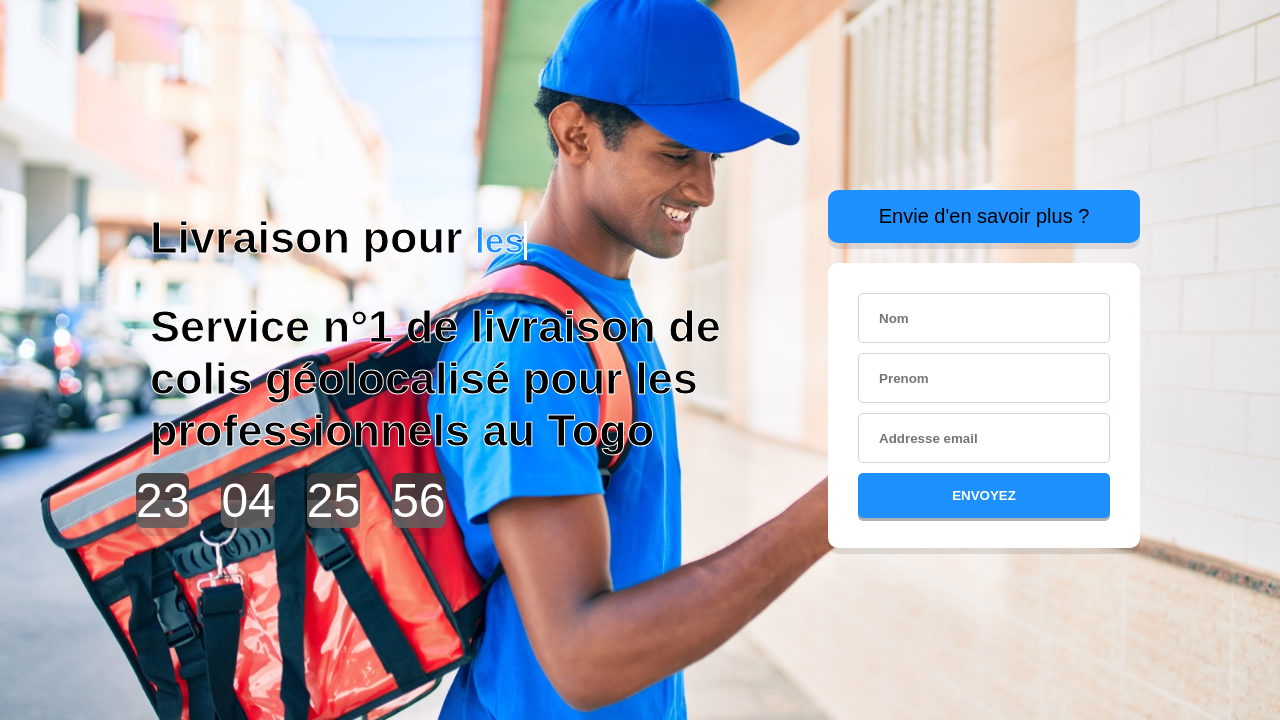
Repository: lawalalao/landpage
Page: index.html
The author's editor kept a copy of each file at every save. The page is drawn from the files as they stood at one save, then again after the next save.
The browser window is 1280 px wide. The pictures show the whole page.
Some web fonts or font styles are not loaded; a fallback is used.

Above is the page before, as saved 2021-01-14 17:45:39.
Console error: TypeError: Cannot read properties of null (reading 'addEventListener')

### index.html
<!DOCTYPE html>
<html lang="en">
<head>
    <meta charset="UTF-8">

    <meta name="viewport" content="width=device-width, initial-scale=1.0">
     <link rel="shortcut icon" type="image/x-icon" href="./assets/icone.png">
    <meta http-equiv="refresh" content="30">
    <link rel="preconnect" href="https://fonts.gstatic.com">
    <link href="https://fonts.googleapis.com/css2?family=Allerta+Stencil&display=swap" rel="stylesheet">
    <link rel="stylesheet" href="style.css">
    <title>chapchap</title>
     <meta name="description" content="Service n°1 de livraison de colis géolocalisé pour les professionnels au Togo.comingsoon">
</head>
<body>

        <div class="nav" id="navbar">
            <nav class="navbar navbar-light bg-light">
            <a class="navbar-brand" href="#">
                <img src="./assets/logo.png" width="90" height="90" alt="logo" loading="lazy">
            </a>
            </nav>
        </div>

    <section class="signup">
        <div class="signup-intro">
            <h1 class="z">Livraison pour
                <span class="txt-type" data-wait="500" data-words='["les colis", "les plis", "les marchandises", "le retail", "le dernier Kilometre"]'></span>
            </h1>
            <h1 class="x">Service n°1 de livraison de colis géolocalisé pour les professionnels au Togo</h1>
             <div class="countdown"></div>

        </div>

        <div class="signup-form">
            <div class="tryit-banner">
                <p>Envie d'en savoir plus ? </p>
            </div>

            <form action="https://formspree.io/f/xleollba" method="POST"">
                <input type="text" name="name" placeholder="Nom">
                <input type="text" name="name" placeholder="Prenom">
                <input type="email" name="_replyto"placeholder="Addresse email" required>

                <button class="button">Envoyez</button>

            </form>
        </div>
    </section>
</body>
<script src="./app.js"></script>
<script>  var prevScrollpos = window.pageYOffset;
      window.onscroll = function() {

      var currentScrollpos = window.pageYOffset;
      if(prevScrollpos > currentScrollpos) {
            document.getElementById("navbar").style.top = "0";
      } else {
            document.getElementById("navbar").style.top = "-400px";
      }

      prevScrollpos = currentScrollpos;

      }</script>
</html>

### style.css
body {
    font-family: 'Allerta Stencil',
    sans-serif;
    max-width: 310px;
    margin: 0 auto;
    padding: 20px 20px;
    background: url("./assets/image.jpeg") center no-repeat;
    background-repeat: no-repeat;
    background-size: cover;
    color: Black;
    text-align: center;
}
.nav {
    margin-top: 30px;
    position: fixed;
    z-index: 1000;
    top: 0;
    right: 30px;
    left: 30px;
    height: 35px;
    display: flex;
    flex-direction: row;
    justify-content: space-between;
    align-items: center;
    padding: 0 25px 0 25px;
    background-color: transparent;
    transition: top 0.3s;


}


.nav a {
    float: left;
    font-size: 28px;
    font-weight: bold;
    margin-left: 25px;
    color: black;
    text-decoration: none;

}
.txt-type>.txt {
    font-size: 35px;
    color: #1E90FF;
    border-right: 0.2rem solid white;
}
h1{
     -webkit-text-stroke: 1px white;
     color:black;
}
p {
    font-size: 14px;
}

.tryit-banner {
    background-color:#1E90FF;
    border-radius: 10px;
    margin-top: 50px;
    box-shadow: 0px 6px 0px rgba(0, 0, 0, 0.1);
    font-size: 14px;
}

.tryit-banner p {
    padding: 15px 0;
}

input, button {
    font-family: 'Allerta Stencil',
    sans-serif;
}

form {
    background-color: #fff;
    margin-top: 20px;
    display: flex;
    flex-direction: column;
    padding: 20px;
    border-radius: 10px;
    box-shadow: 0px 6px 0px rgba(0, 0, 0, 0.1);
}

input {
    box-sizing: border-box;
    width: 100%;
    height: 50px;
    padding-left: 20px;
    font-weight: 600;
    border: 1px solid hsl(245, 35%, 87%);
    border-radius: 5px;
    margin-bottom: 10px;
    transition: 0.1s;
}

input:hover {
    border: 1px solid hsl(246, 25%, 77%);
}

.button {
    background-color:#1E90FF;
    font-family: 'Allerta Stencil',
    sans-serif;
    border: none;
    border-radius: 5px;
    box-shadow: 0px 3px 0px rgba(0, 0, 0, 0.3);
    padding: 15px 0;
    text-transform: uppercase;
    color: #fff;
    font-weight: 600;
    transition: 0.5s;
}

.button:hover {
    background-color:#042b52;
}

.form-disclaimer {
    color: hsl(246, 25%, 77%);
    font-size: 10px;
}

.terms {
    text-decoration: none;
    font-weight: 600;
    color: hsl(0, 100%, 74%);
}
 .countdown {

    display: flex;
    margin-left: -30px;

    font-size: 30px;
     font-weight: 200;

 }

 .countdown div {

     background: linear-gradient(to bottom,
             rgba(61, 58, 58, 0.9) 50%,
             rgba(99, 93, 93, 0.9) 0);


     color: white;

     margin: 1rem 1rem 3rem 1rem;
     font-size: 3rem;
     font-weight: 400;
     display: flex;
     justify-content: center;
     align-items: center;
     box-shadow: 0px 8px 0px rgba(0, 0, 0, 0.1);
     border-radius: 8px;

     position: relative;
 }

 .countdown div::before {
     content: "";
     position: absolute;

     height: 0.24rem;
     background-color: #17181b;
 }

 .countdown div::after {
     content: attr(data-content);
     font-size: 6rem;
     font-weight: 400;
     position: absolute;
     bottom: -6rem;
 }

 @media screen and (min-width: 480px) {
     .countdown {
         font-size: 25px;
         display: flex;

     }
     .signup-intro{
         margin-top: 30px;
     }
     .countdown div {
         display: flex;
         margin: 1rem 1rem 1rem 1rem;
         font-size: 2rem;
         flex-direction: column;
     }

     .countdown div::after {
         font-size: 2rem;
         display: flex;
         flex-direction: column;
         width: 60%;

     }
 }

 @media screen and (min-width: 768px) {
     .countdown {
         font-size: 56px;


     }

     .countdown {
         font-size: 25px;
         display: flex;

     }

     .countdown div {
         display: flex;
         margin: 1rem 1rem 1rem 1rem;
         font-size: 3rem;
         flex-direction: column;
     }

     .countdown div::after {
         font-size: 2.2rem;
         display: flex;
         flex-direction: column;
         width: 60%;

     }

     .signup {
         text-align: center;
     }
 }

 @media screen and (min-width: 1024px) {
     header .content .countdown {
         font-size: 72px;

     }
 }

 @media screen and (min-width: 1280px) {
     .content .countdown {
         font-size: 56px;
     }
 }
@media screen and (min-width: 900px) {
    .nav{
         height: 80px;
    }
    .nav a {
        float: left;
        font-size: 40px;
        font-weight: bold;
        margin-left: 25px;
        color: black;
        text-decoration: none;

    }
    .signup {
        display: flex;
        justify-content: space-between;
    }

    .signup-intro {
        width: 100%;
        margin-left: 10px;
        display: flex;
        flex-direction: column;
        justify-content: center;
        text-align: left;
    }

    .signup-form {
        width: 46%;
      font-family: 'Allerta Stencil',
      sans-serif;

    }

    form {
        padding: 30px;
    }

    body {
        margin:100px auto;
        max-width: 1000px;
        padding: 40px 20px;
        background: url("./assets/image.jpeg") ;
        background-repeat: no-repeat;
        background-size: cover;
        font-family: 'Allerta Stencil',
        sans-serif;
    }

    h1 {
        font-size:45px;
        margin-bottom: 0px;
        -webkit-text-stroke: 1px white;
        color:black;
    }

    p {
        font-size: 20px;
    }
}

### app.js
const countdown = document.querySelector(".countdown");

const interval = setInterval(() => {
  const deadline = new Date(2021,01, 05, 00, 00, 00);

  const current = new Date();

  const diff = deadline - current;

  const days = Math.floor(diff / (1000 * 60 * 60 * 24)) + "";
  const hours = Math.floor((diff / (1000 * 60 * 60)) % 24) + "";
  const minutes = Math.floor((diff / (1000 * 60)) % 60) + "";
  const seconds = Math.floor((diff / 1000) % 60) + "";

  countdown.innerHTML = `
    <div data-content="">${days.length === 1 ? `0${days}` : days}</div>
    <div data-content="">${hours.length === 1 ? `0${hours}` : hours}</div>
    <div data-content="">${
      minutes.length === 1 ? `0${minutes}` : minutes
    }</div>
    <div data-content="">${
      seconds.length === 1 ? `0${seconds}` : seconds
    }</div>
`;

  if (diff < 0) {
    clearInterval(interval);
    countdown.innerHTML = "<h1>Here We Go!!!</h1>";
  }

  document.querySelector(".reset").addEventListener("click", () => {
    clearInterval(interval);

    const divs = document.querySelectorAll(".countdown div");

    divs.forEach((div) => {
      div.innerHTML = "00";
    });
  });
}, 1000);


// ES6 Class
class TypeWriter {
  constructor(txtElement, words, wait = 3000) {
    this.txtElement = txtElement;
    this.words = words;
    this.txt = '';
    this.wordIndex = 0;
    this.wait = parseInt(wait, 10);
    this.type();
    this.isDeleting = false;
  }

  type() {
    // Current index of word
    const current = this.wordIndex % this.words.length;
    // Get full text of current word
    const fullTxt = this.words[current];

    // Check if deleting
    if(this.isDeleting) {
      // Remove char
      this.txt = fullTxt.substring(0, this.txt.length - 1);
    } else {
      // Add char
      this.txt = fullTxt.substring(0, this.txt.length + 1);
    }

    // Insert txt into element
    this.txtElement.innerHTML = `<span class="txt">${this.txt}</span>`;

    // Initial Type Speed
    let typeSpeed = 300;

    if(this.isDeleting) {
      typeSpeed /= 2;
    }

    // If word is complete
    if(!this.isDeleting && this.txt === fullTxt) {
      // Make pause at end
      typeSpeed = this.wait;
      // Set delete to true
      this.isDeleting = true;
    } else if(this.isDeleting && this.txt === '') {
      this.isDeleting = false;
      // Move to next word
      this.wordIndex++;
      // Pause before start typing
      typeSpeed = 500;
    }

    setTimeout(() => this.type(), typeSpeed);
  }
}


// Init On DOM Load
document.addEventListener('DOMContentLoaded', init);

// Init App
function init() {
  const txtElement = document.querySelector('.txt-type');
  const words = JSON.parse(txtElement.getAttribute('data-words'));
  const wait = txtElement.getAttribute('data-wait');
  // Init TypeWriter
  new TypeWriter(txtElement, words, wait);
}

After the next save:
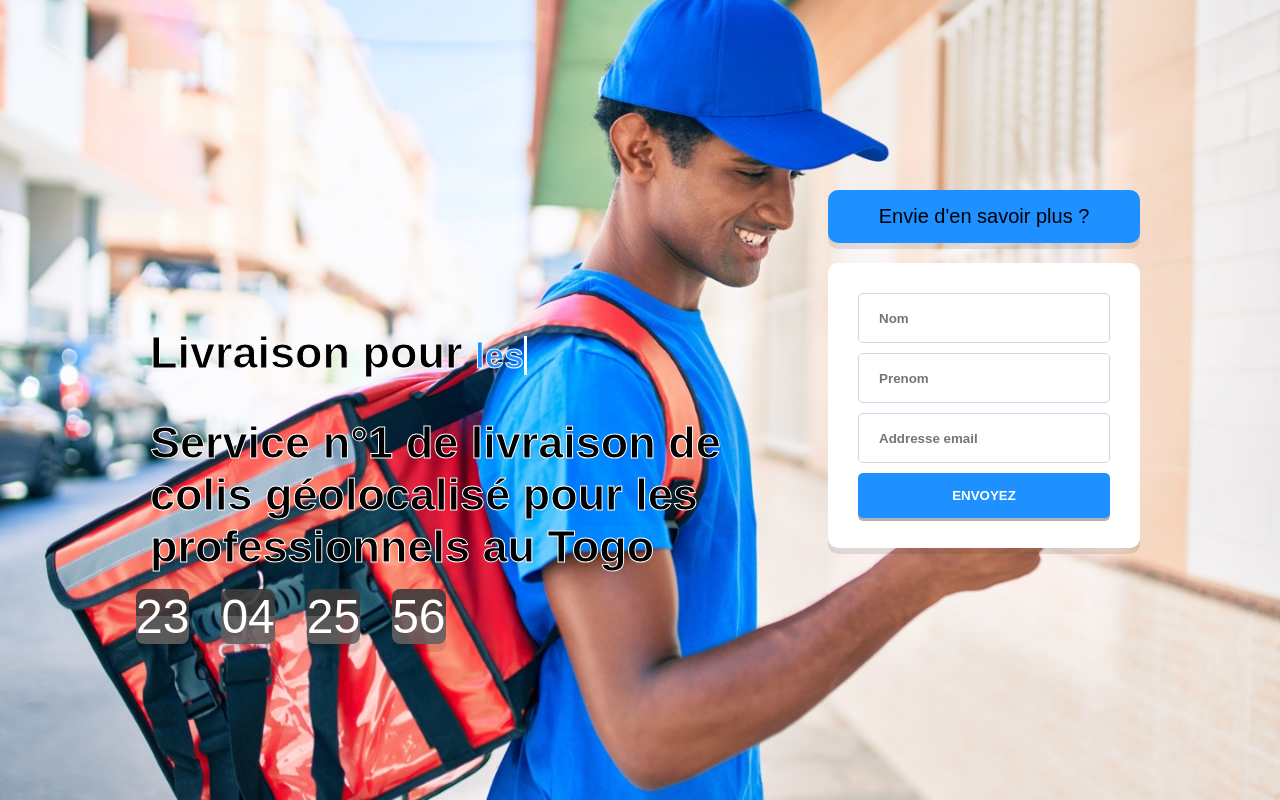
Saved 14 s later.
--- a/style.css
+++ b/style.css
@@ -177,7 +177,7 @@ input:hover {
 
      }
      .signup-intro{
-         margin-top: 30px;
+         margin-top: 150px;
      }
      .countdown div {
          display: flex;
